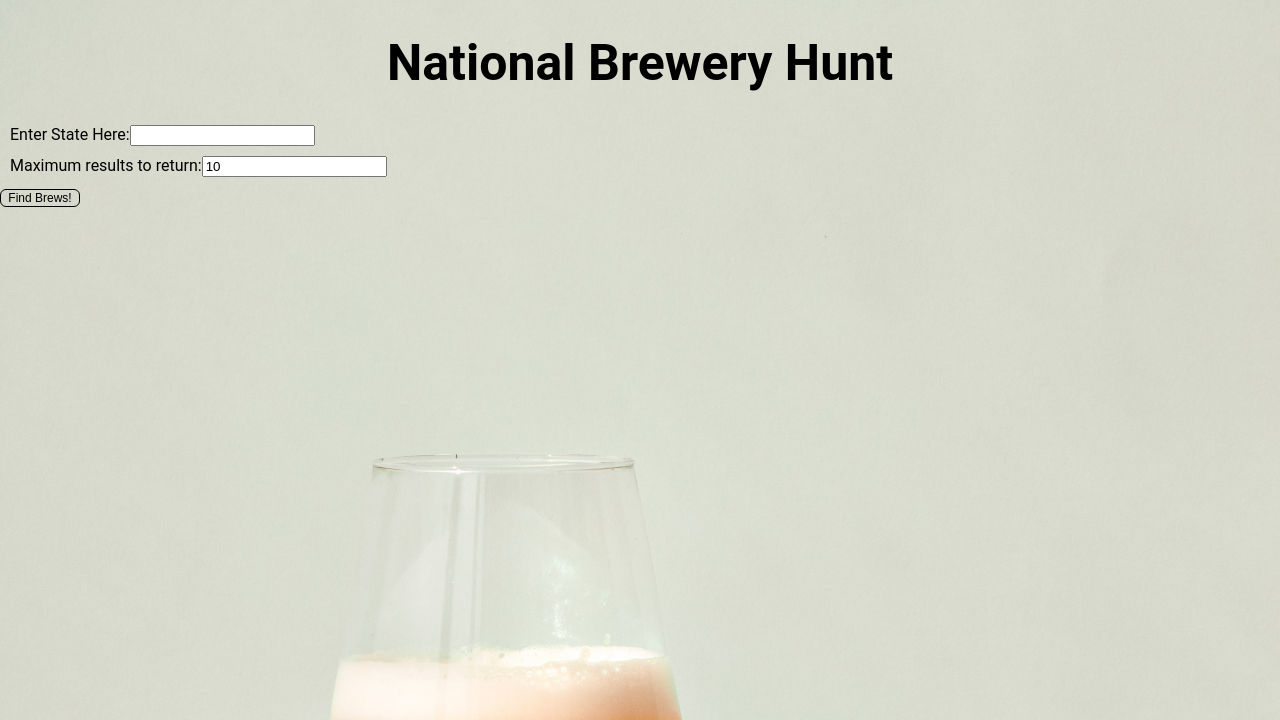
Repository: kaitlynMidori/searchBrews
Page: index.html
The author's editor kept a copy of each file at every save. The page is drawn from the files as they stood at one save, then again after the next save.
The browser window is 1280 px wide. The pictures show the whole page.

Above is the page before, as saved 2021-01-08 14:02:30.

### index.html
<!DOCTYPE html>
<html lang="en">

<head>
    <meta charset="UTF-8" />
    <meta name="viewport" content="width=device-width, initial-scale=1.0" />
    <meta http-equiv="X-UA-Compatible" content="ie=edge" />
    <title>National Brewery Hunt</title>
    <link rel="stylesheet" href="style.css" />
</head>

<body>
    <div id="container">
        <h1>National Brewery Hunt</h1>

        <form id="search-form">
            <p>
                <label for="by_state">Enter State Here:</label>
                    <input type="text" name="by_state" id="by_state" required />
            </p>

            <p>
                <label for="max-results">Maximum results to return: </label>
                    <input type="number" name="max-results" id="max-results" value="10" />
            </p>

                <input type="submit" value="Find Brews!" class="submit" />
        </form>

        <p id="error-message"></p>
        <section id="results" class="hidden">
            <h2>Search results</h2>
            <ol id="results-list"></ol>
        </section>
    </div>
    <script src="https://code.jquery.com/jquery-3.3.1.js" integrity="sha256-2Kok7MbOyxpgUVvAk/HJ2jigOSYS2auK4Pfzbm7uH60=" crossorigin="anonymous"></script>
    <script src="app.js"></script>
</body>

</html>
<!-- This app doesn't follow a11y best practices, and the JS file is incomplete. Complete the getBreweries, displayResults, and watchSubmit functions. When you're done, this app should allow a user to search for a state, and display a list of breweries in that state. The list should include the brewery's name and a link to their website. You should make requests to this API: https://www.openbrewerydb.org/ . Make any necessary adjustments to make this app accessible. -->

### style.css

body {
    font-family: "Roboto", sans-serif;
    color: black;
    margin: 0;
    background: cover;
    background-image: url("screenshots/beer.jpg");
    background-repeat: repeat;
    background-size: cover;
    background-color: black;
}

.results-amount {
    border: 1px solid black;
    font-size: 12px;
    text-align: center;
}

.submit {
    border: 1px solid black;
}

.hidden {
    display: none;
}

h1  {
    text-align: center;
    font-size: 50px;
}

.search-form {
    text-align: center;
    display: flex;
    flex-direction: column;
    width: auto;
    border: 1px solid black;
    padding: 30px;
    margin-left: 100px;
    margin-right: 100px;
    margin-bottom: 50px;
    border-radius: 8px;
}

legend {
    text-align: center;
}

p {
    margin: 10px;
    display: flex;
    width: auto;
    justify-content: left;
}



.results-amount {
    margin: auto;
    width: 50px;
    height: 25px;
    padding: 0px;
    text-align: center;
    margin-bottom: 10px;
    margin-top: 10px;
    border-radius: 6px;
}

.submit {
    background-color: transparent;
    width: 80px;
    height: 18px;
    margin: auto;
    border-radius: 6px;
    padding: 1px;
    font-size: 12px;
}



.submit:hover {
    cursor: pointer;
}

.results-amount:hover {
    cursor: text;
}


/*Results Styling*/

.results-display-container {
    margin: auto;
}

.single-result {
    border: 1px solid rgb(177, 175, 175);
    margin: auto;
    border-radius: 8px;
    box-shadow: -1px 2px rgb(209, 209, 209);
    padding: 15px;
    width: 1000px;
    margin-bottom: 15px;
}

### app.js
"use strict";

const searchURL = ("https://api.openbrewerydb.org/breweries");

 //format query params
function formatQueryParams(params) {
    //return object array with params
   const queryItems = Object.keys(params)
   //produce object map param string key
     .map(key => `${key}=${params[key]}`)
     //return array as string
   return queryItems.join('&');
 }

function displayResults(responseJson, maxResults) {

    // if there are previous results, remove them
    console.log(responseJson);
    $("#results-list").empty();

    // iterate through the data array
    // list brewery name, city, url
    for (let i = 0; i < responseJson.length; i++) {
    $("#results-list").append(`<li class="each-product-result">

    <h3 class="product-name">${responseJson[i].name}</h3>
    <p class="product-price">${responseJson[i].city}</p>
    <p>Brewery page: <a href=${responseJson[i].website_url}>${responseJson[i].website_url}</a></p><br>
    <br>
    </li>`
      )
  };
    //display the results section
    $("#results").removeClass("hidden");
}

//getBreweries function
function getBreweries(query, maxResults) {
    //set API paramaters
    const params = {
        by_state: query,
        per_page: maxResults,
    };
    //declare queryString as formatQueryParams
    const queryString = formatQueryParams(params);
    //declare url to bind user input string to searchUrl
    const url = searchURL + "?" + queryString;
    console.log(url);
    //initiate fetch request using pure promise to get JSON object
    fetch(url)
    //check for resolved promise
        .then((response) => {
            // if response = true
            if (response.ok) {
                //return response object
                return response.json();
            }
            //raise exception to reject promise error and trigger .catch
            throw new Error(response.statusText);
        })
        .then((responseJson) => displayResults(responseJson, maxResults))
        //Catch any errors and return message
        .catch((err) => {
            $("#error-message").text(`Something went wrong: ${err.message}`);
        });
}

function watchForm() {
    // Bind an event handler to the “submit” JavaScript event
    $("form").submit((event) => {
        // If this method is called, the default action of the event will not be triggered.
        event.preventDefault();
        let by_state = $("#by_state").val();
	// by_state = by_state.replace(/\s/g, '');
        const maxResults = $("#max-results").val();
        getBreweries(by_state, maxResults);
    });
}

//call jQuery to pass in callback function when page loads
$(watchForm);

After the next save:
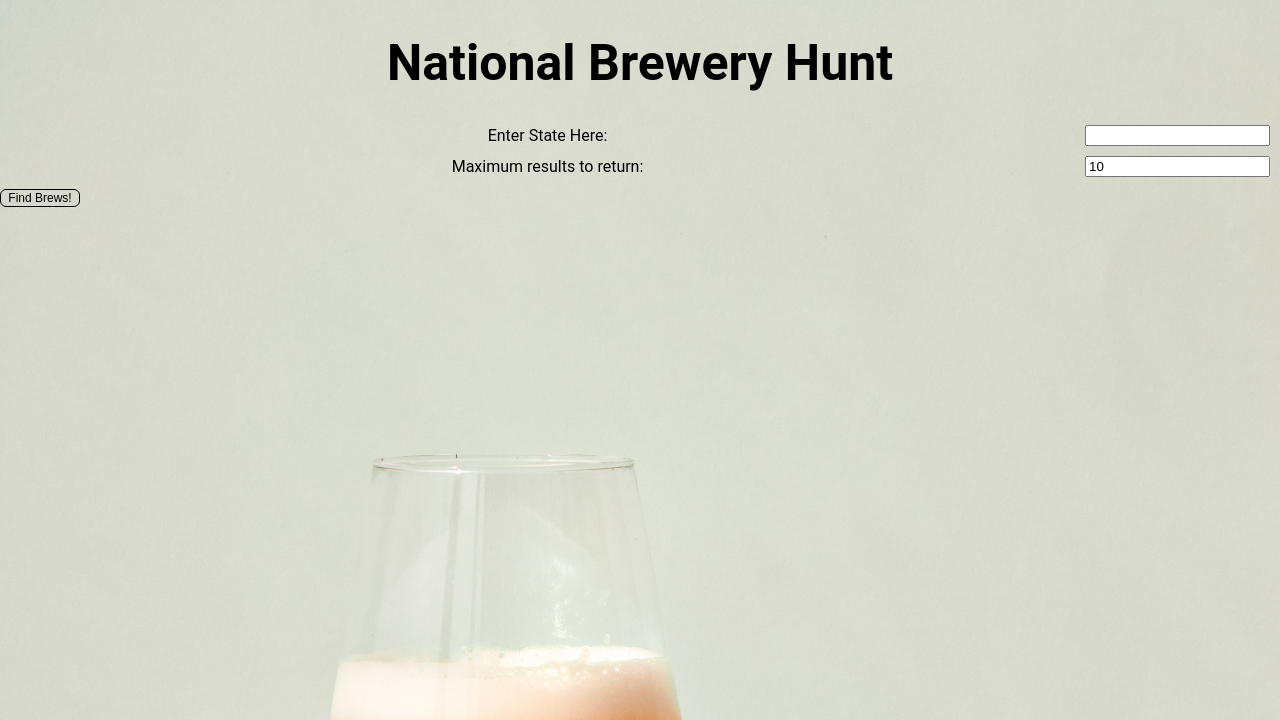
Saved 8 s later.
--- a/style.css
+++ b/style.css
@@ -53,7 +53,10 @@
     justify-content: left;
 }
 
-
+label {
+    justify-content: center;
+    margin: auto;
+}
 
 .results-amount {
     margin: auto;

After the 4 saves that followed:
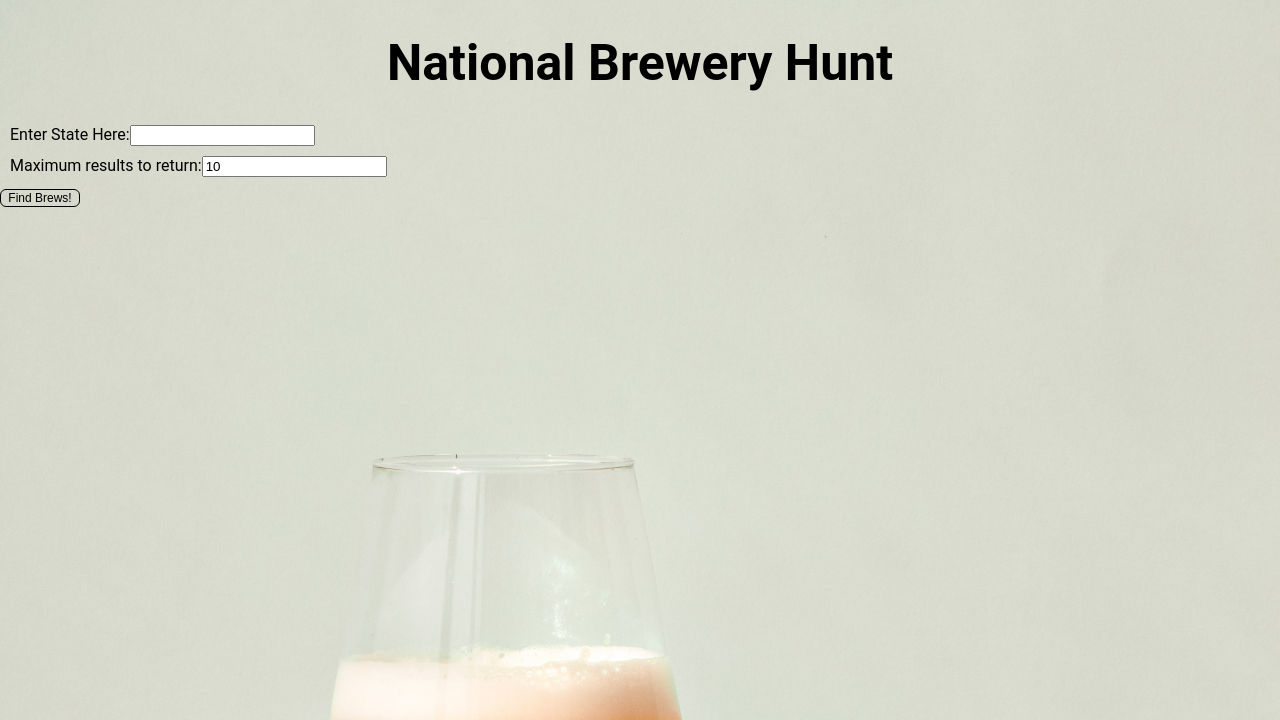
The 4 saves are shown as one change because 3 left the picture as it was.
The last was saved 81 s later.
--- a/style.css
+++ b/style.css
@@ -29,7 +29,7 @@
     font-size: 50px;
 }
 
-.search-form {
+/* .search-form {
     text-align: center;
     display: flex;
     flex-direction: column;
@@ -40,7 +40,7 @@
     margin-right: 100px;
     margin-bottom: 50px;
     border-radius: 8px;
-}
+} */
 
 legend {
     text-align: center;
@@ -53,7 +53,7 @@
     justify-content: left;
 }
 
-label {
+.max-results {
     justify-content: center;
     margin: auto;
 }
